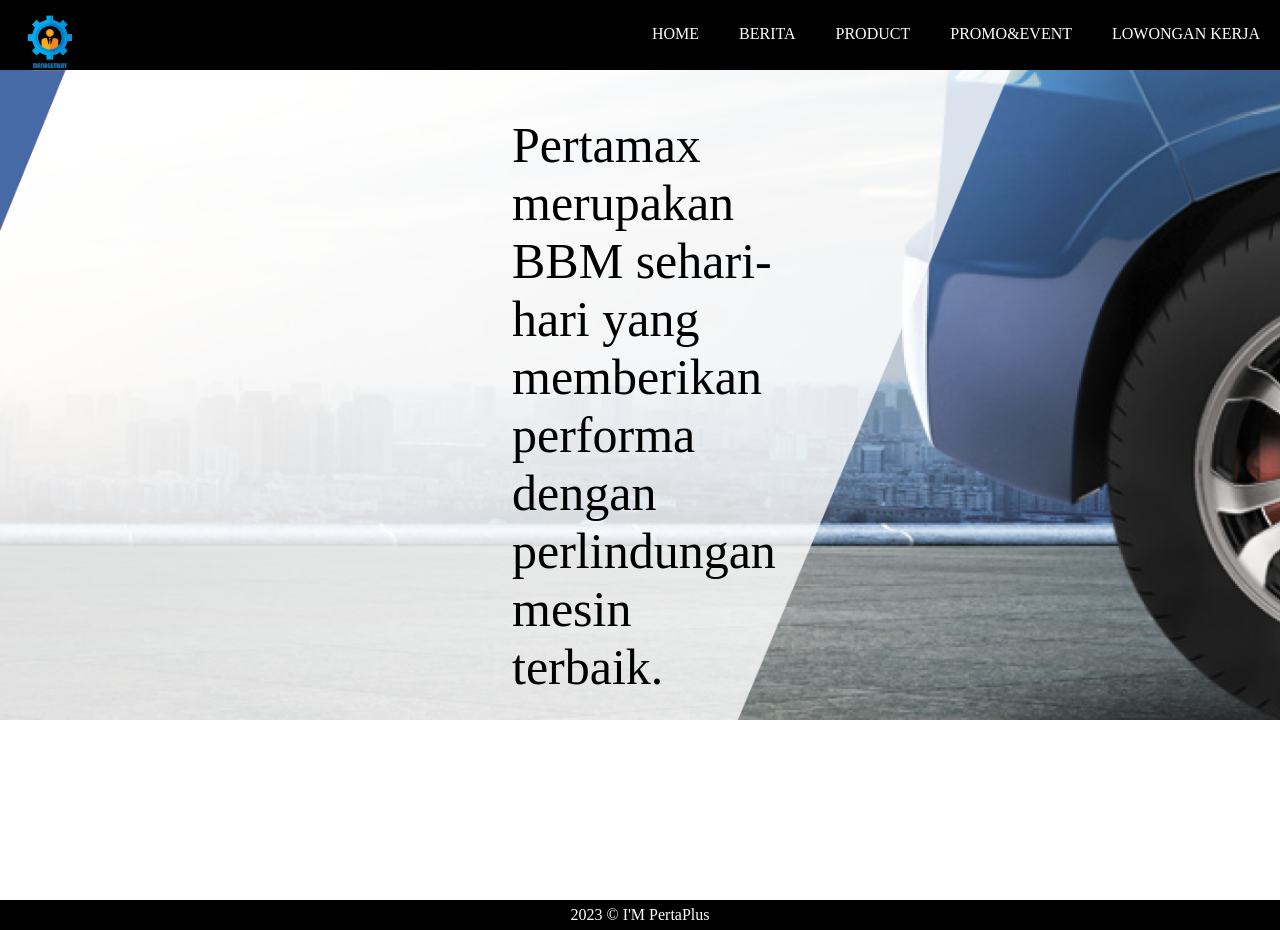
Repository: rizalardi34/project-mypertaplus
Page: pertamax.html
An editor plug-in stored every save of this project. The page is shown before and after the next save, followed by the edit.
The browser window is 1280 px wide. The pictures show the whole page.

Above is the page before, as saved 2023-04-25 13:08:32.

After the next save:
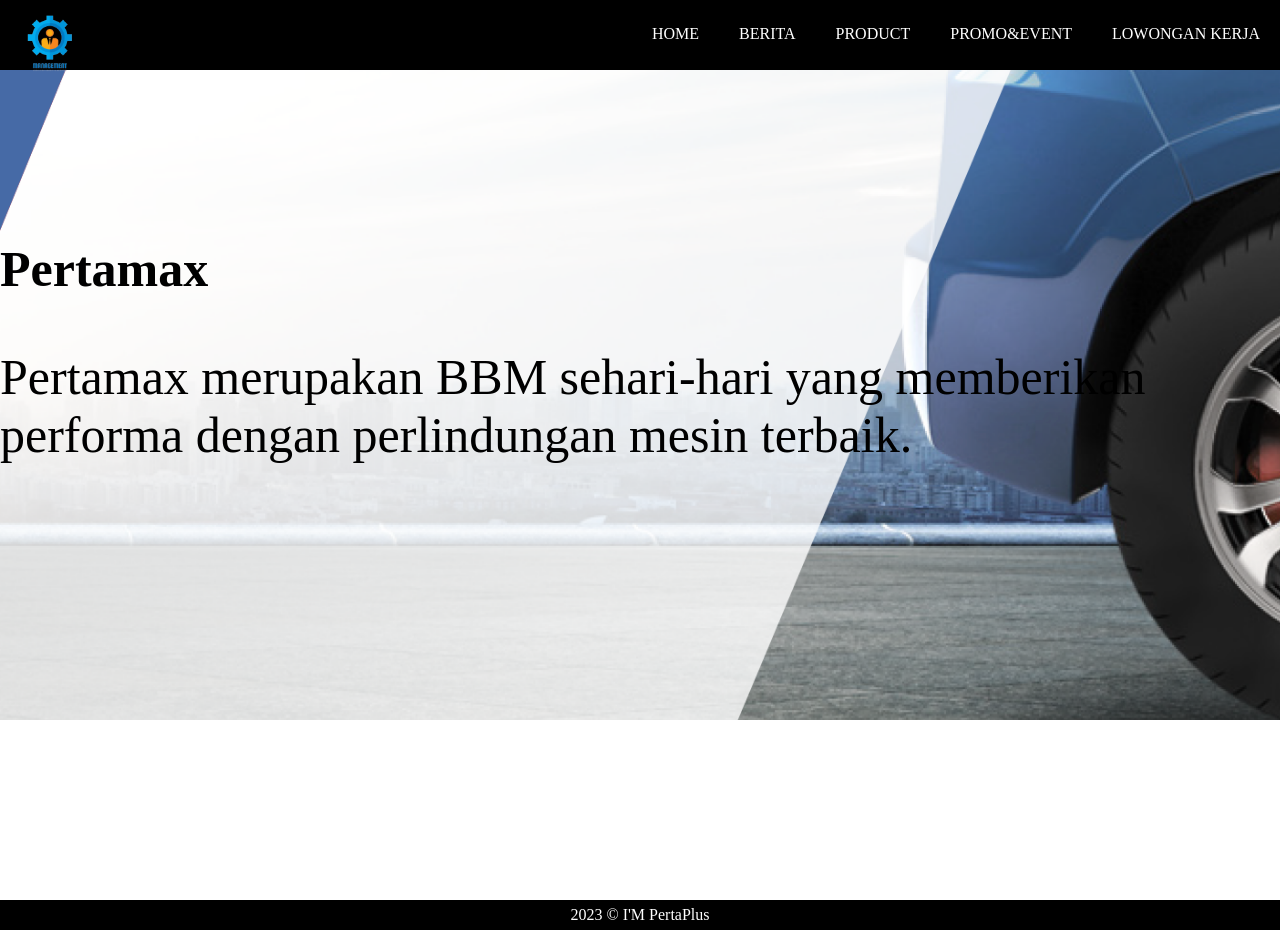
Saved 11 s later.
--- a/pertamax.html
+++ b/pertamax.html
@@ -19,7 +19,7 @@
                 </nav>
             </div>
             <div style="background-image: url(Main.png); background-repeat: no-repeat; background-size: cover; height: 100%; width: 100%; display: flex; justify-content: center; align-items: center;">
-                <div style="height: 100%; width: 20%; display: flex; justify-content: start; align-items: center;">
+                <div style="height: 100%; width: 100%; display: flex; justify-content: start; align-items: center;">
                     <div>
                         <h1 style=" color: black; font-size: 50px; ">Pertamax</h1>
                         <p style=" color: black; font-size: 50px; ">Pertamax merupakan BBM sehari-hari yang memberikan performa dengan perlindungan mesin terbaik.</p>
